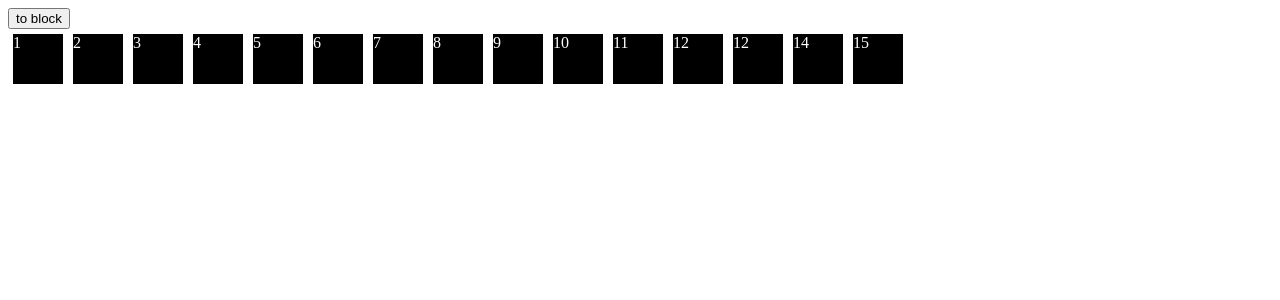
Repository: eeoooo/MINI-PROJECTS-HTML-CSS
Page: practiceCSSFlex/index.html
An editor plug-in stored every save of this project. The page is shown before and after the next save, followed by the edit.
The browser window is 1280 px wide. The pictures show the whole page.
After loading, the first visible `button.flex` was clicked once.

Above is the page before, as saved 2022-07-30 15:38:18.

### practiceCSSFlex/index.html
<!DOCTYPE html>
<html lang="en">
<head>
    <meta charset="UTF-8">
    <meta http-equiv="X-UA-Compatible" content="IE=edge">
    <meta name="viewport" content="width=device-width, initial-scale=1.0">
    <link rel="stylesheet" href="style.css">
    <script defer src="main.js"></script>
    <title>Document</title>
</head>
<body>
    <div class="buttons">
        <button class="flex">flex</button>
    </div>
    <div class="container">
        <div class="box">1</div>
        <div class="box">2</div>
        <div class="box">3</div>
        <div class="box">4</div>
        <div class="box">5</div>
        <div class="box">6</div>
        <div class="box">7</div>
        <div class="box">8</div>
        <div class="box">9</div>
        <div class="box">10</div>
        <div class="box">11</div>
        <div class="box">12</div>
        <div class="box">12</div>
        <div class="box">14</div>
        <div class="box">15</div>
    </div>
</body>
</html>

### practiceCSSFlex/style.css
.container {
  //display: flex;
}
.box {
  width: 50px;
  height: 50px;
  background-color: black;
  color: white;
  margin: 5px;
}

### practiceCSSFlex/main.js
let buttonFlex = document.querySelector('.flex');
let container = document.querySelector('.container');

buttonFlex.addEventListener('click',event=>{
    console.dir(container.style);
    if( container.style.display == 'flex'){
        container.style.display = '';
        buttonFlex.textContent = ' to flex';
    } else if (container.style.display == ''){
    container.style.display = 'flex';
    buttonFlex.textContent = 'to block';
    }
})

After the next save:
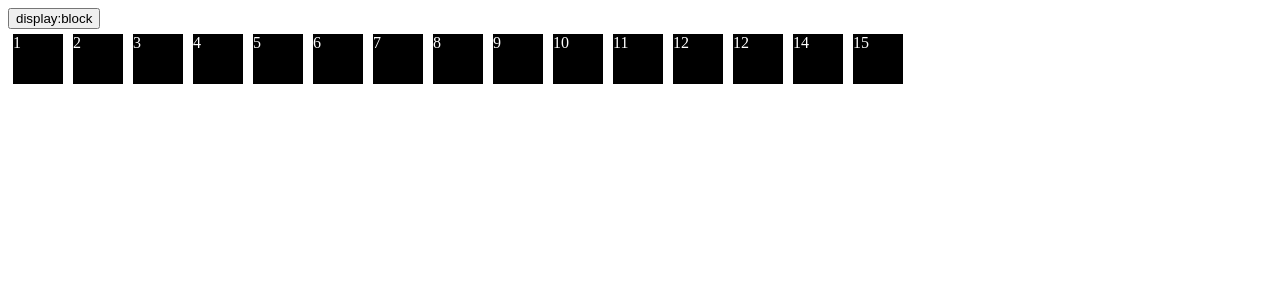
Saved 16 s later.
--- a/practiceCSSFlex/main.js
+++ b/practiceCSSFlex/main.js
@@ -5,9 +5,9 @@ buttonFlex.addEventListener('click',event=>{
     console.dir(container.style);
     if( container.style.display == 'flex'){
         container.style.display = '';
-        buttonFlex.textContent = ' to flex';
+        buttonFlex.textContent = 'display: flex';
     } else if (container.style.display == ''){
     container.style.display = 'flex';
-    buttonFlex.textContent = 'to block';
+    buttonFlex.textContent = 'display:block';
     }
 })
